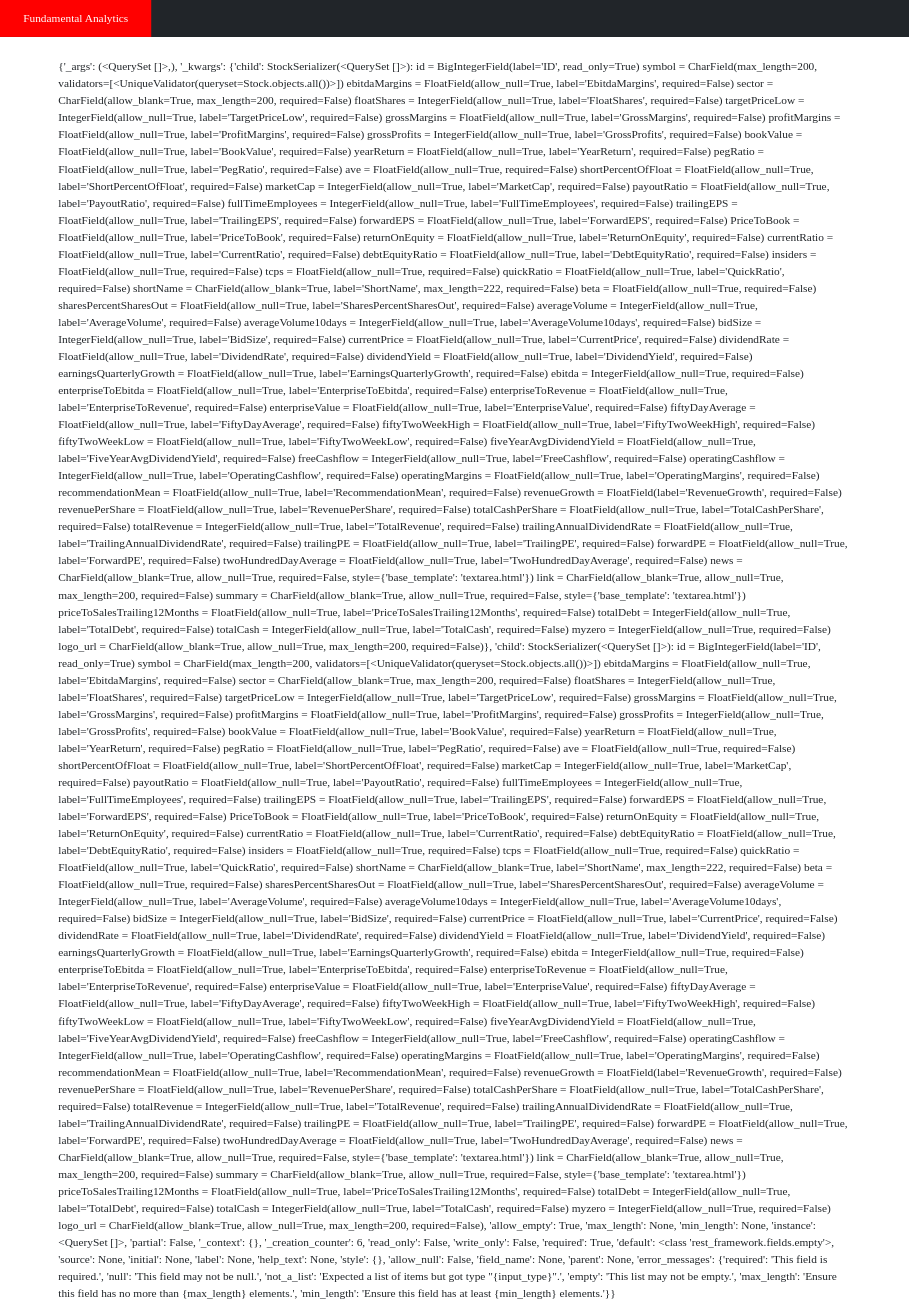
Repository: brendan12372/theSite
Page: http://localhost/
These files come from the project's save history. The page is drawn as it stood at one moment and after a run of saves; the edit follows.
The browser window is 1280 px wide. The pictures show the whole page, at 71% of full size.
The page is served by the project's application, run on Django 4.2 (manage.py). Other server files are loaded and not shown. Queries for data that is not in the repository find no rows.

Above is the page before, as saved 2022-03-16 21:17:20.

### stocks/templates/test3.html
<!DOCTYPE html>
{% load static %}
{% load humanize %}


<html lang="en">

<head>

    <!-- Required meta tags -->
    <meta charset="utf-8">
    <meta name="viewport" content="width=device-width, initial-scale=1, shrink-to-fit=no">

    <!-- Bootstrap CSS -->
    <link href="https://cdn.jsdelivr.net/npm/bootstrap@5.0.2/dist/css/bootstrap.min.css" rel="stylesheet" integrity="sha384-EVSTQN3/azprG1Anm3QDgpJLIm9Nao0Yz1ztcQTwFspd3yD65VohhpuuCOmLASjC" crossorigin="anonymous">

    <link rel="stylesheet" type="text/css" href="{% static 'topTen/style.css' %}">
    <!doctype html>

    <title>Fundamental Analytics</title>

</head>

<body>
    <nav class="navbar navbar-dark sticky-top bg-dark flex-md-nowrap p-0">
        <a class="navbar-brand col-sm-3 col-md-2 mr-0" href={% url 'home' %}>Fundamental Analytics</a>
    </nav>


    <div class="container">
        <p>{{ data }}</p>

        </table>
    </div>

    <script src="https://cdn.jsdelivr.net/npm/bootstrap@5.0.2/dist/js/bootstrap.bundle.min.js" integrity="sha384-MrcW6ZMFYlzcLA8Nl+NtUVF0sA7MsXsP1UyJoMp4YLEuNSfAP+JcXn/tWtIaxVXM" crossorigin="anonymous"></script>

</body>

</html>

### stocks/serializers.py
from .models import Stock,Mysector
from rest_framework import serializers
class StockSerializer(serializers.ModelSerializer):
    class Meta:
        s = Stock('appl')
        f = []
        f = s.get_model_fields()
        fl=[]
        for m in f:
            fl.append(m.name)
        model = Stock
        fields=fl
class SectorSerializer(serializers.ModelSerializer):

    class Meta:

        model = Mysector

        fields=['name','ave']

### stocks/views.py
from rest_framework import status
from rest_framework.decorators import api_view
from rest_framework.response import Response
from stocks.models import Stock,Mysector
from stocks.serializers import StockSerializer, SectorSerializer
from pyFundamental.utils import info
from statistics import mean
from django.shortcuts import render
from django.views.decorators.csrf import csrf_exempt
import io
from rest_framework.parsers import JSONParser

def stocks_list2(request):
    stocks = Stock.objects.all()
    serializer = StockSerializer(stocks, many=True)
    if request.method == 'GET':
        sector='all'
        dir='up',
        sortBy='MarketCap'
        if sector !='all':
            stocks = Stock.objects.filter(sector=sector)
        else:
            stocks = Stock.objects.all()
        if dir =='up':
            stocks=stocks.order_by(sortBy)
        if dir=='down':
            stocks=stocks.order_by("-"+sortBy)




        serializer = StockSerializer(stocks, many=True)

    context={
      "data":serializer.__dict__
             }




    template_name="test3.html"


    # stream = io.BytesIO(json)
    # data = JSONParser().parse(stream)

    return render(template_name=template_name,request=request,context=context)

@api_view(['GET', 'POST'])
def stocks_list(request,sector,sortBy,dir):
    """
    List all code snippets, or create a new snippet.
    """
    if request.method == 'GET':
        print(sector)
        if sector !='all':
            stocks = Stock.objects.filter(sector=sector)
        else:
            stocks = Stock.objects.all()
        if dir =='up':
            stocks=stocks.order_by(sortBy)
        if dir=='down':
            stocks=stocks.order_by("-"+sortBy)

        serializer = StockSerializer(stocks, many=True)
        return Response(serializer.data)

    elif request.method == 'POST':
        serializer = StockSerializer(data=request.data)
        if serializer.is_valid():
            serializer.save()
            return Response(serializer.data, status=status.HTTP_201_CREATED)
        return Response(serializer.errors, status=status.HTTP_400_BAD_REQUEST)

@api_view(['GET', 'DELETE'])
def stocks_detail(request, pk):
    """
    Retrieve, update or delete a code snippet.
    """
    try:
        stock = Stock.objects.get(pk=pk)
    except Stock.DoesNotExist:
        return Response(status=status.HTTP_404_NOT_FOUND)

    if request.method == 'GET':
        serializer = StockSerializer(stock)
        return Response(serializer.data)


    elif request.method == 'DELETE':
        stock.delete()
        return Response(status=status.HTTP_204_NO_CONTENT)




@api_view(['GET'])
def sector_list(request,sortBy,dir):
    if request.method == 'GET':
        xxx=Mysector.objects.all()

        for s in Mysector.objects.all():
            s.get_ave(sortBy)
            s.save()

        sec_list=Mysector.objects.all()
        stockL=Stock.objects.all()




        if dir=='up':
            serializer = SectorSerializer(sec_list.order_by('-ave'), many=True)
        if dir=='down':
            serializer = SectorSerializer(sec_list.order_by('ave'), many=True)

        return Response(serializer.data)



def stocks_detail2(request, pk):
    """
    Retrieve, update or delete a code snippet.
    """
    try:
        stock = Stock.objects.get(pk=pk)
    except Stock.DoesNotExist:
        return Response(status=status.HTTP_404_NOT_FOUND)

    if request.method == 'GET':
        serializer = StockSerializer(stock)

        context={"data":serializer.data}
        template_name="sd.html"

        return render(template_name=template_name,request=request,context=context)


    elif request.method == 'DELETE':
        stock.delete()
        return Response(status=status.HTTP_204_NO_CONTENT)

### tutorial/urls.py
from django.urls import path, include
from django.contrib import admin

urlpatterns = [
path('admin/', admin.site.urls),
path('', include('stocks.urls')),
path('topTen/', include('topTen.urls')),

]

### stocks/urls.py
from django.urls import path
from stocks import views
from django.contrib import admin

urlpatterns = [
    # path('stocks/', views.stocks_list),
    path('', views.stocks_list2),
    path('<int:pk>/', views.stocks_detail2),
    path('<str:sector>/<str:sortBy>/<str:dir>', views.stocks_list),
    path('sectors/<str:sortBy>/<str:dir>', views.sector_list),
    path('frontend/<int:pk>/',views.stocks_detail2, name= 'myD' )
]

### topTen/urls.py
from django.urls import path
from topTen import views
urlpatterns = [
    # path('front/', views.front_list),
    # path('front/<int:pk>/', views.stocks_detail),
    path('sector/', views.sector_view,name='sector'),
    path('home/', views.vTwo,name='sort'),
    path('',views.home,name='home'),
    path('<int:pk>/', views.detail.as_view(),name='detail'),


]

### topTen/static/topTen/style.css
 /* Navbar container */
 .theOptions{
  background-color:lightblue;
  text-align: left;
     padding-left: 10%;
}
 article{
margin-top:30px;
 }
 body{
          font-family: "Noto Serif Armenian Light";

 }
.Key{
    background-color: lightblue;
}

.theList{
  background-color:darkgrey;
  text-align: left;
  margin-top: 5px;
    font-family: "Times";
}
p{
         font-family: "Noto Serif Armenian Light";

}
 .navbar {
  overflow: hidden;
  background-color: darkgrey;
  font-family: 'Noto Serif Armenian Light';
     margin-bottom: 30px;
}
 body {
   background-color:'green'
 }

/* Links inside the navbar */
.navbar a {
  float: left;
  font-size: 16px;
  color: white;
  text-align: center;
  padding: 14px 16px;
  text-decoration: none;
}

/* The dropdown container */
.dropdown {
  float: left;
  overflow: hidden;
}

/* Dropdown button */
.dropdown .dropbtn {
  font-size: 16px;
  border: none;
  outline: none;
  color: white;
  padding: 14px 16px;
  background-color: inherit;
  font-family: inherit; /* Important for vertical align on mobile phones */
  margin: 0; /* Important for vertical align on mobile phones */
}

/* Add a red background color to navbar links on hover */
.navbar a:hover, .dropdown:hover .dropbtn {
  background-color: red;
}

/* Dropdown content (hidden by default) */
.dropdown-content {
  display: none;
  position: absolute;
  background-color: #f9f9f9;
  min-width: 160px;
  box-shadow: 0px 8px 16px 0px rgba(0,0,0,0.2);
  z-index: 1;
}

/* Links inside the dropdown */
.dropdown-content a {
  float: none;
  color: black;
  padding: 12px 16px;
  text-decoration: none;
  display: block;
  text-align: left;
}

/* Add a grey background color to dropdown links on hover */
.dropdown-content a:hover {
  background-color: #ddd;
}

/* Show the dropdown menu on hover */
.dropdown:hover .dropdown-content {
  display: block;
}
label {
  ;
}

Loaded but not shown: pyFundamental/utils.py (484 lines, source omitted)

After the next 4 saves:
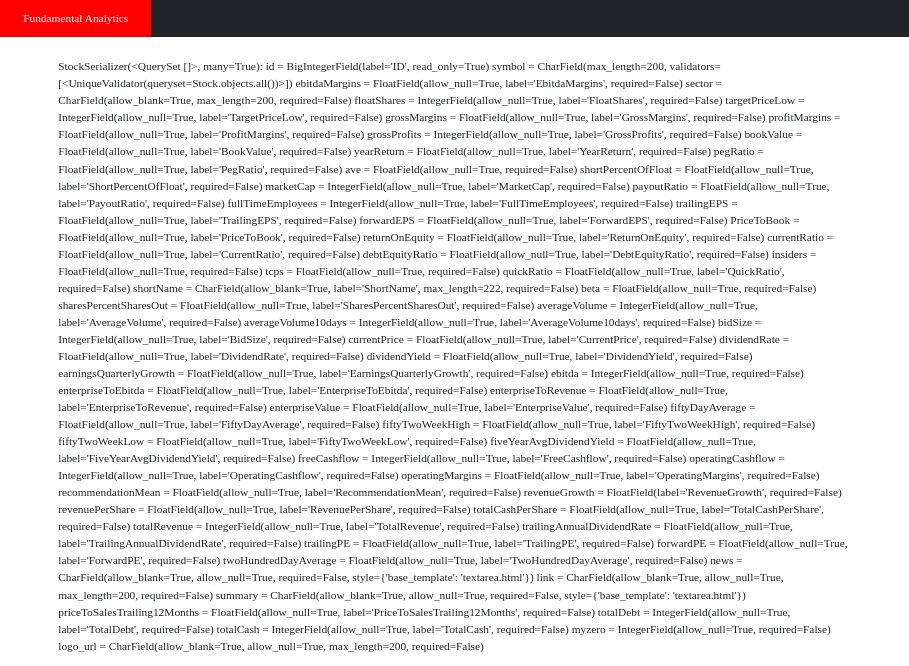
The 4 saves are shown as one change because 3 did not build or start.
The last was saved 80 s later.
--- a/stocks/views.py
+++ b/stocks/views.py
@@ -32,7 +32,7 @@ def stocks_list2(request):
         serializer = StockSerializer(stocks, many=True)
 
     context={
-      "data":serializer.__dict__
+      "data":serializer
              }
 
 
